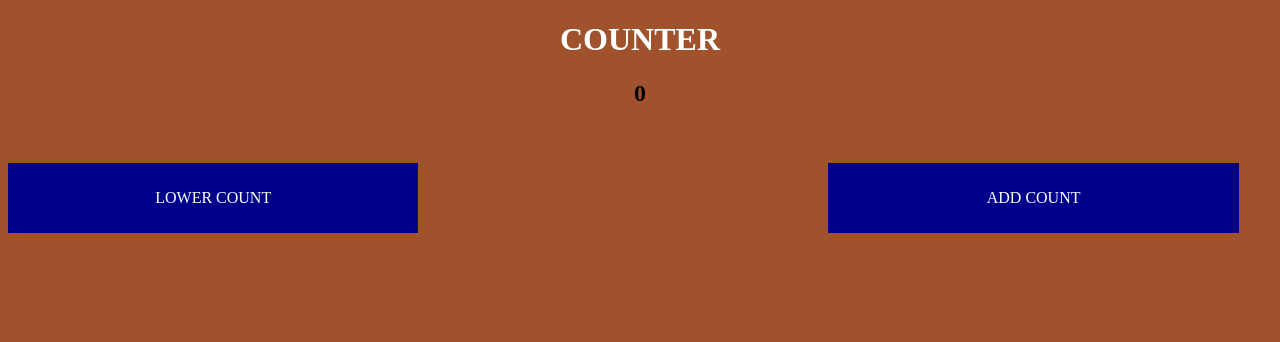
Repository: Seryozha02/Calculator
Page: calculator.html
The author's editor kept a copy of each file at every save. The page is drawn from the files as they stood at one save, then again after the next save.
The browser window is 1280 px wide. The pictures show the whole page.

Above is the page before, as saved 2022-02-14 17:03:01.

After the next save:
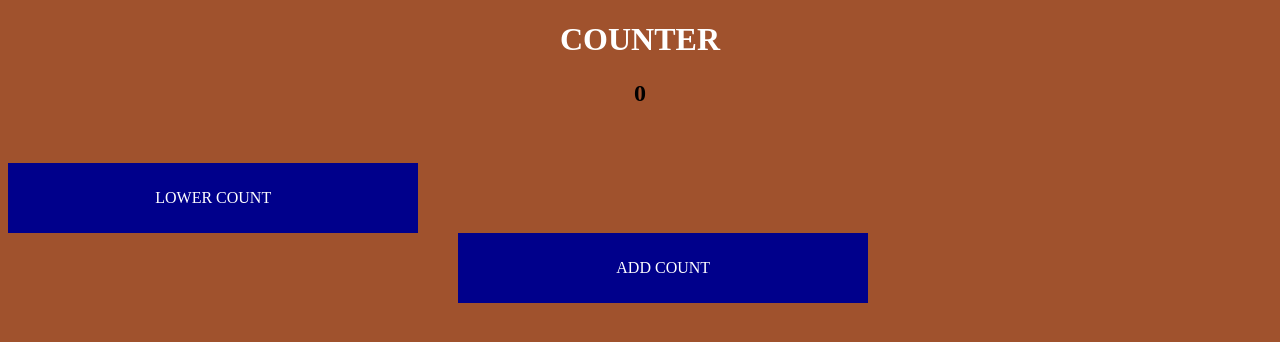
Saved 4 s later.
--- a/calculator.css
+++ b/calculator.css
@@ -38,7 +38,7 @@ body {
     float: left;
     width: 33%;
     padding: 0 5px;
-    margin-left: 400px;
+    margin-left: 450px;
 }
 
 .row {
